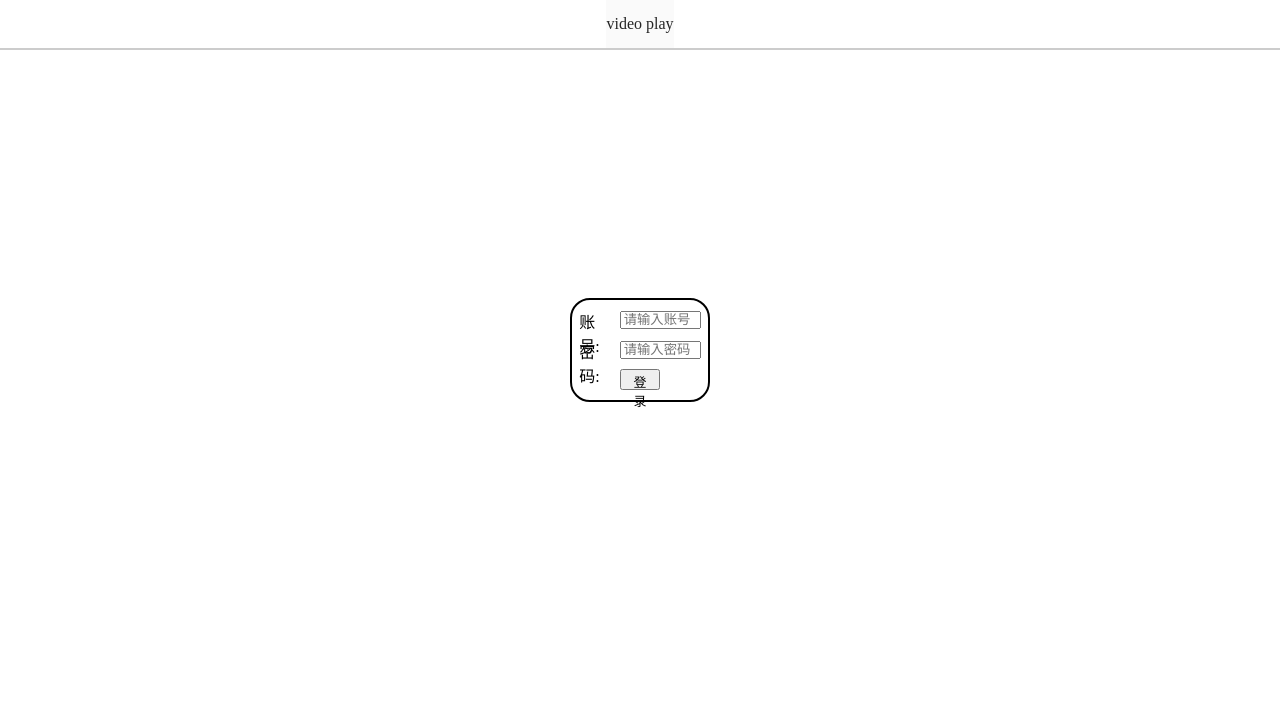
Repository: andycj7/-
Page: web/videoplay/index.html
These files come from the project's save history. The page is drawn as it stood at one moment and after the next save; the edit follows.
The browser window is 1280 px wide. The pictures show the whole page.

Above is the page before, as saved 2020-07-20 01:12:09.

After the next save:
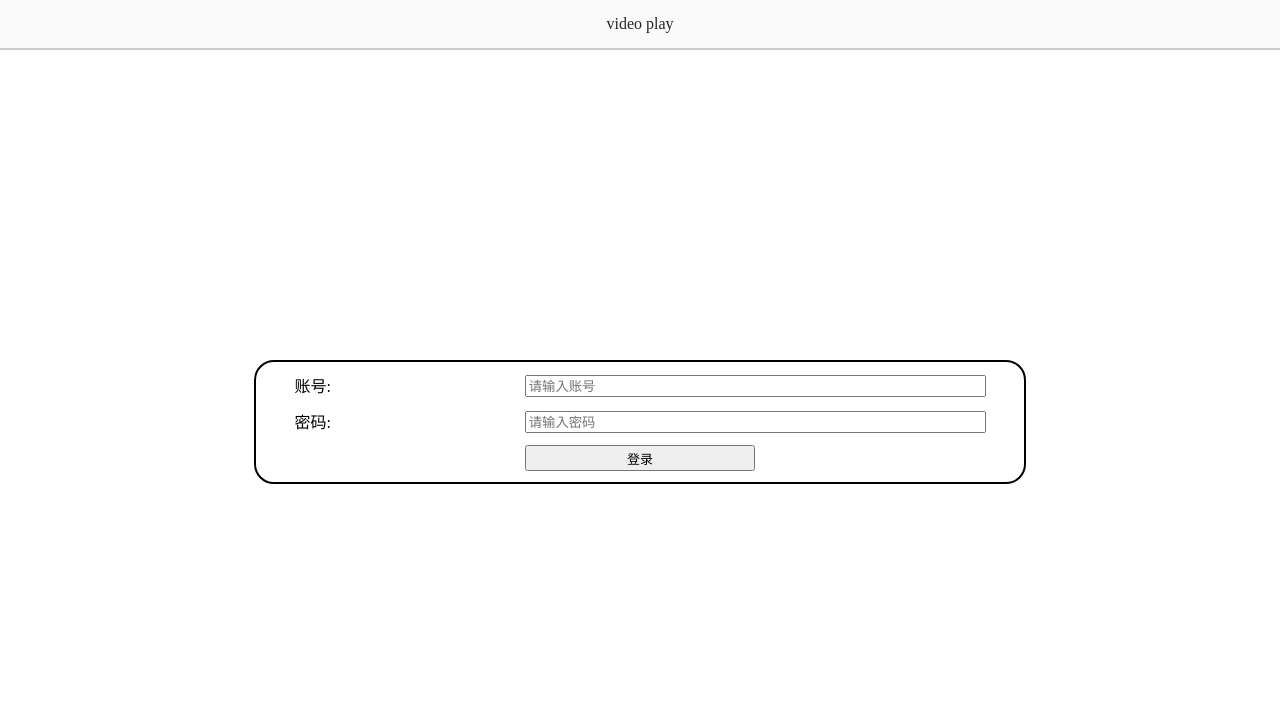
Saved 8 s later.
--- a/web/videoplay/index.html
+++ b/web/videoplay/index.html
@@ -8,7 +8,7 @@
 <link rel="stylesheet" href="css/base.css">
 </head>
 
-<body class="body">
+<body>
 	<div class="title">video play</div>
 	<div class="line"></div>
 	<div class="div-space"></div>
